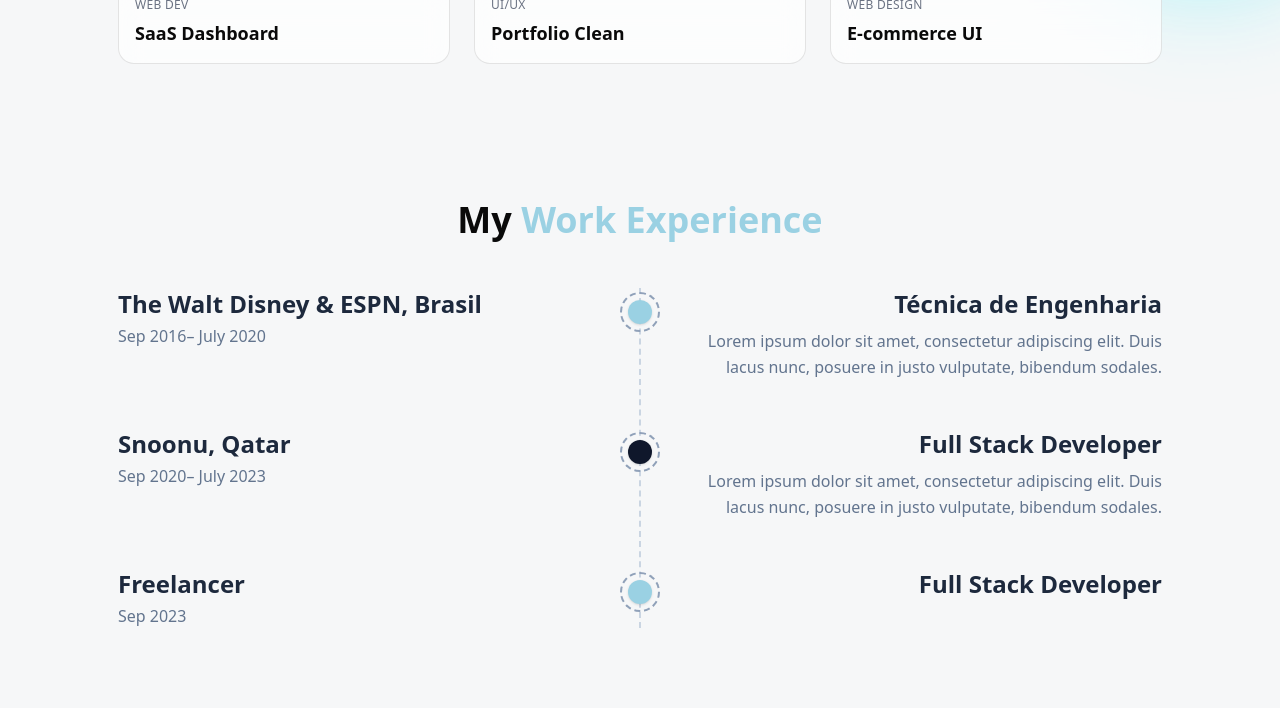
Repository: nina-rebello/portfolio
Page: /
An editor plug-in stored every save of this project. The page is shown before and after the next save, followed by the edit.
The browser window is 1280 px wide. The pictures show the part of the page from y = 1985 to 2937 px (the page is 2693 px tall before and 2937 px after).
The project was rebuilt for these pictures with package versions that can differ from the ones it lists, and the page was loaded fresh each time. Some packages were replaced by stand-ins written for this rebuild. The framework's server and built-in components were replaced by stand-ins that run in the browser. Also part of the build but not shown: next.config.ts.

Above is the page before, as saved 2025-09-11 18:52:25.

After the next save:
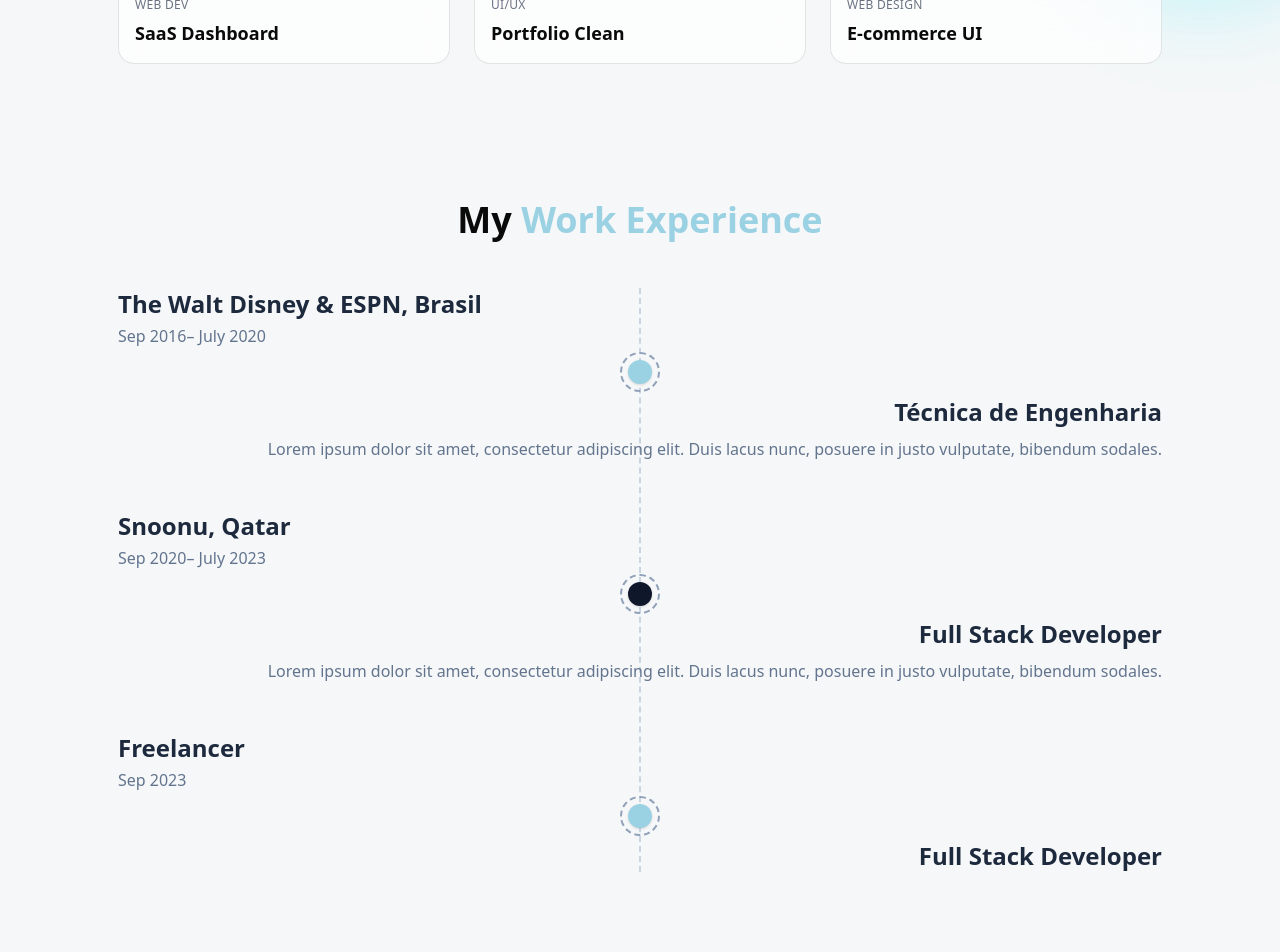
Saved 74 s later.
--- a/components/sections/WorkExperience.tsx
+++ b/components/sections/WorkExperience.tsx
@@ -96,11 +96,7 @@
                     rowsRef.current[idx] = el;
                   }}
                   data-index={idx}
-                  className="
-                    grid gap-6 items-start
-                    grid-cols-1
-                    sm:[grid-template-columns:1fr_64px_1fr]
-                  "
+                  jsx-efcbbd6ef676
                 >
                   {/* ESQUERDA: company + period */}
                   <div

After the 2 saves that followed:
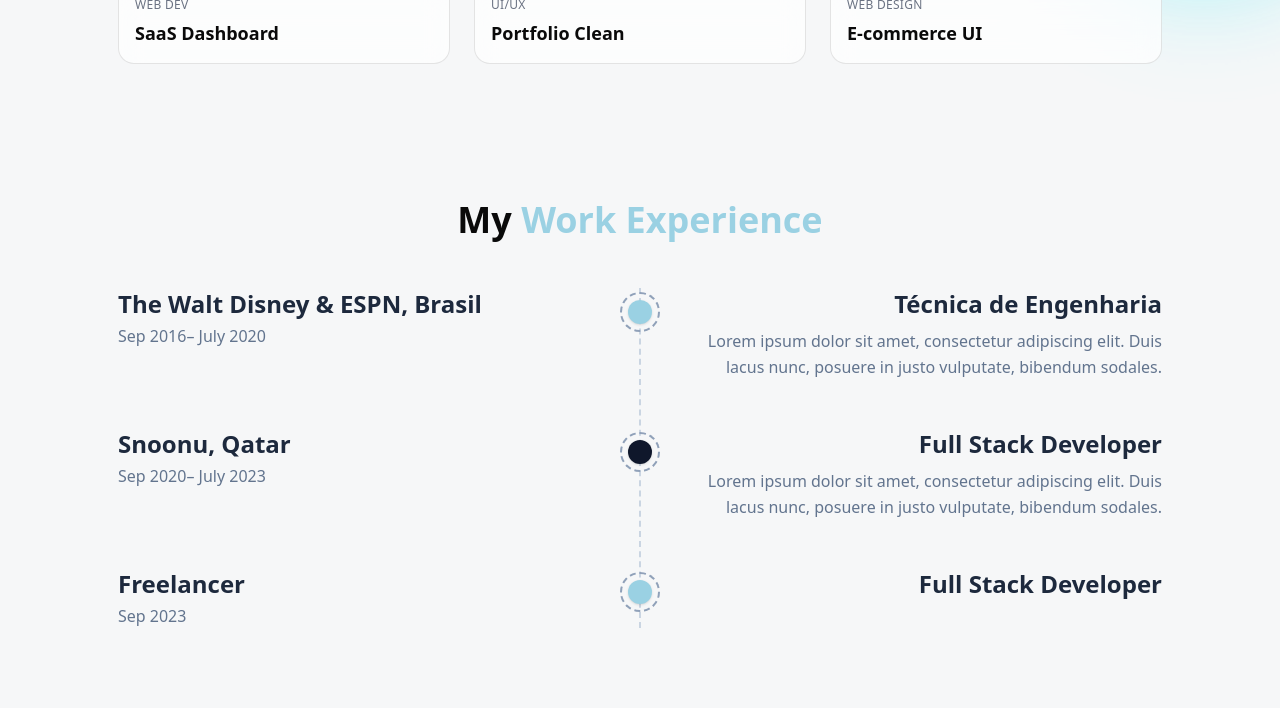
The 2 saves are shown as one change because they came seconds apart.
The last was saved 9 s later.
--- a/components/sections/WorkExperience.tsx
+++ b/components/sections/WorkExperience.tsx
@@ -96,7 +96,8 @@
                     rowsRef.current[idx] = el;
                   }}
                   data-index={idx}
-                  jsx-efcbbd6ef676
+                  className={`grid gap-6 items-start grid-cols-1 sm:[grid-template-columns:1fr_64px_1fr]`}
+
                 >
                   {/* ESQUERDA: company + period */}
                   <div
